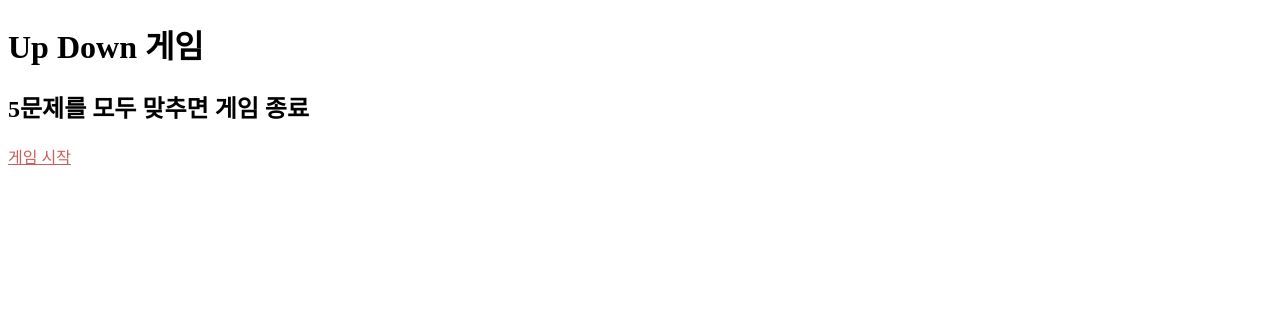
Repository: jjuhye/JSPWorkspace
Page: http://localhost/basic/02_requestUpDdown/index.jsp
An editor plug-in stored every save of this project. The page is shown before and after the next save, followed by the edit.
The browser window is 1280 px wide. The pictures show the whole page.
The page is served by Tomcat 9. Other server files are loaded and not shown.

Above is the page before, as saved 2023-02-21 06:44:21.

### basic/src/main/webapp/02_requestUpDdown/index.jsp
<%@ page language="java" contentType="text/html; charset=UTF-8"
    pageEncoding="UTF-8"%>
<!DOCTYPE html>
<html>
<head>
<meta charset="UTF-8">
<title>Insert title here</title>
<style>
a{
color: indianred;
}

</style>
</head>
<body>
<h1>Up Down 게임</h1>
<h2>5문제를 모두 맞추면 게임 종료</h2>
<a href="updownGalePlay.jsp?play=gameStart">게임 시작</a>
</body>
</html>

After the next save:
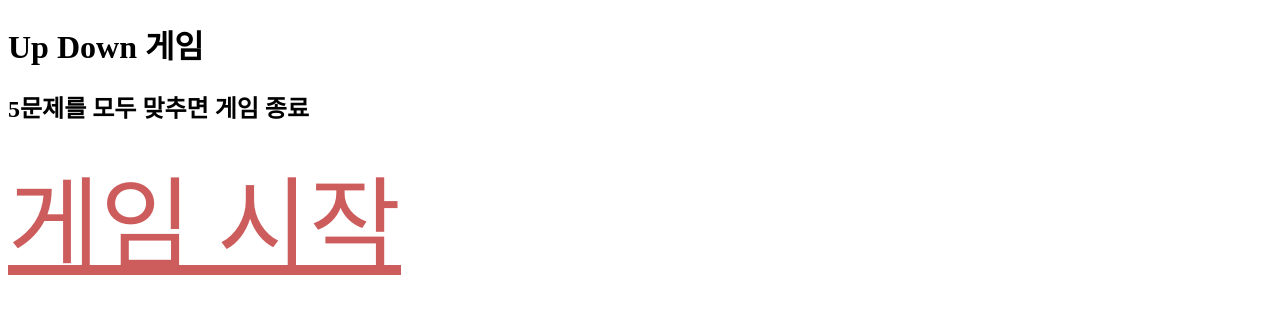
Saved 21 s later.
--- a/basic/src/main/webapp/02_requestUpDdown/index.jsp
+++ b/basic/src/main/webapp/02_requestUpDdown/index.jsp
@@ -8,6 +8,7 @@
 <style>
 a{
 color: indianred;
+font-size: 100px;
 }
 
 </style>
